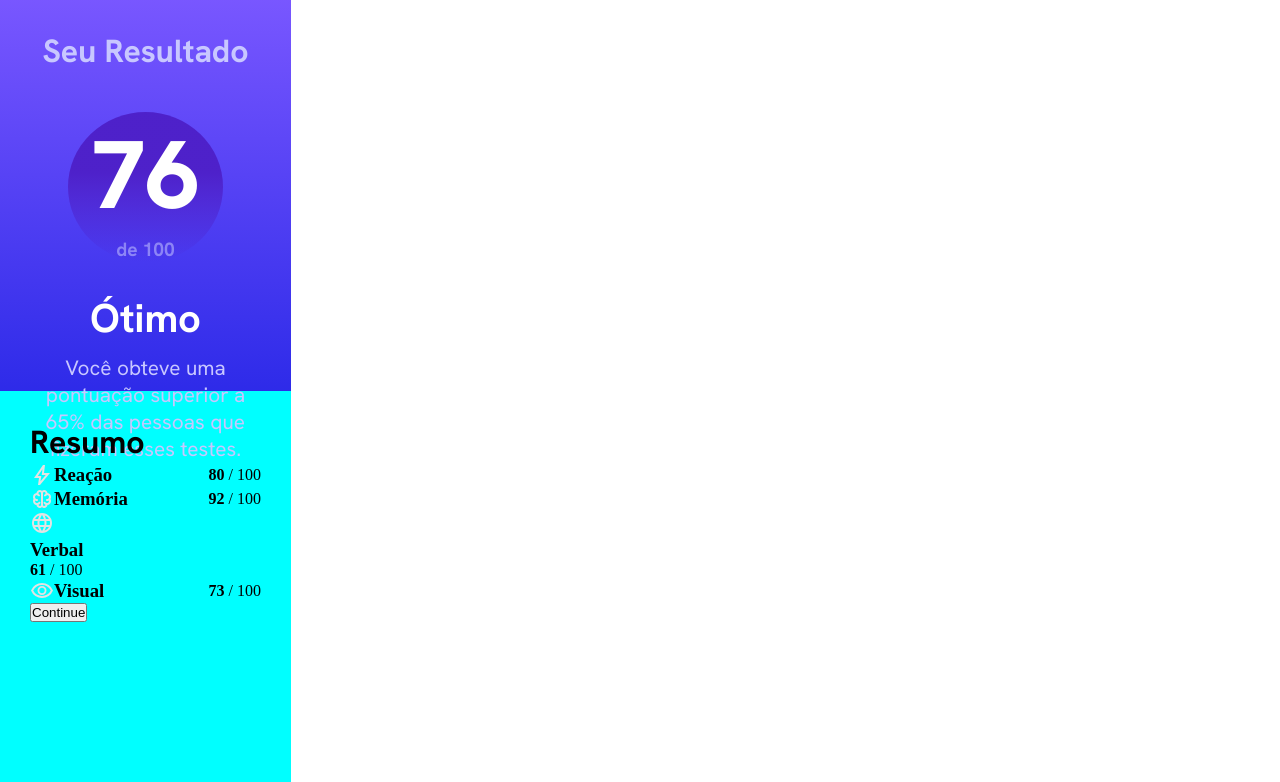
Repository: caique2512/resumo-de-resultados
Page: index.html
The author's editor kept a copy of each file at every save. The page is drawn from the files as they stood at one save, then again after a run of saves.
The browser window is 1280 px wide. The pictures show the whole page.

Above is the page before, as saved 2026-03-09 22:17:01.

After the next 2 saves:
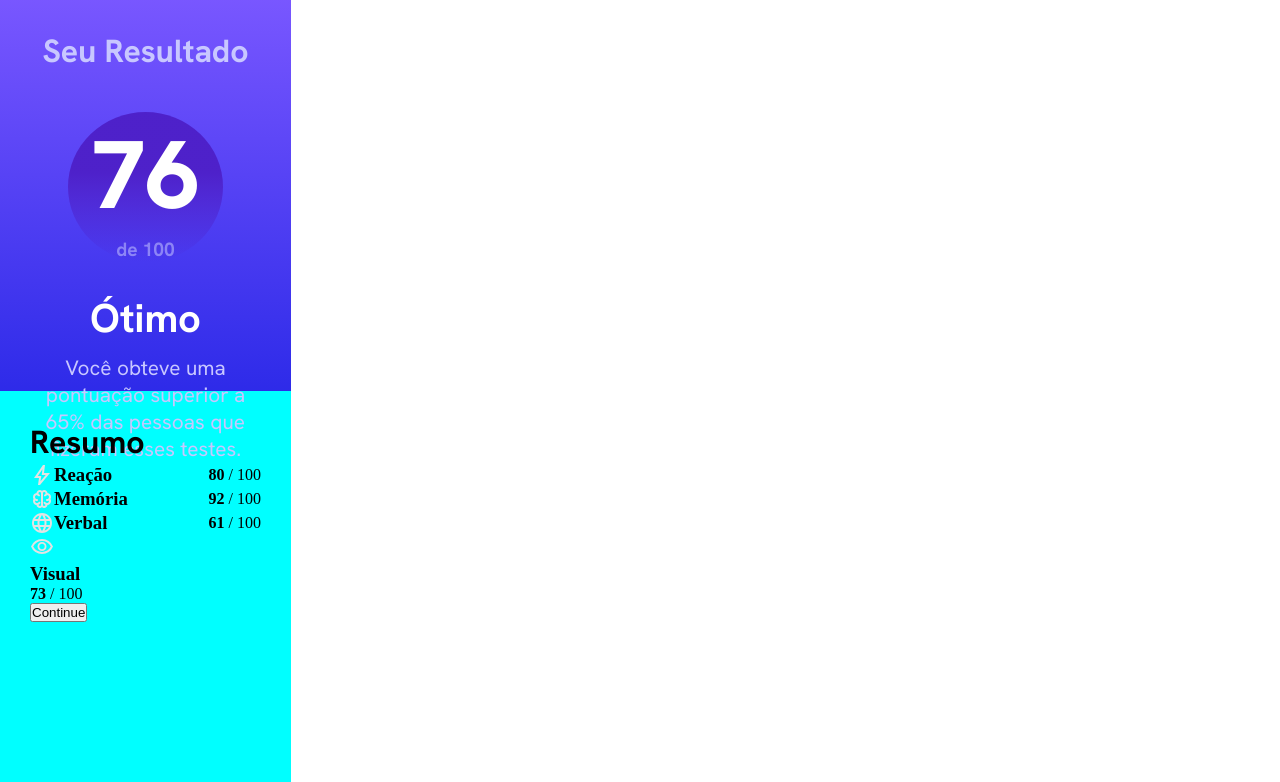
The 2 saves are shown as one change because they came seconds apart.
The last was saved 15 s later.
--- a/src/css/estilos.css
+++ b/src/css/estilos.css
@@ -95,12 +95,12 @@
     justify-content: space-between;
 }
 
-.resultado .classes .resumo4 div {
+.resultado .classes .resumo3 div {
     display: flex;
     align-items: center;
 }
 
-.resultado .classes .resumo4{
+.resultado .classes .resumo3{
     display: flex;
     align-items: center;
     justify-content: space-between;
